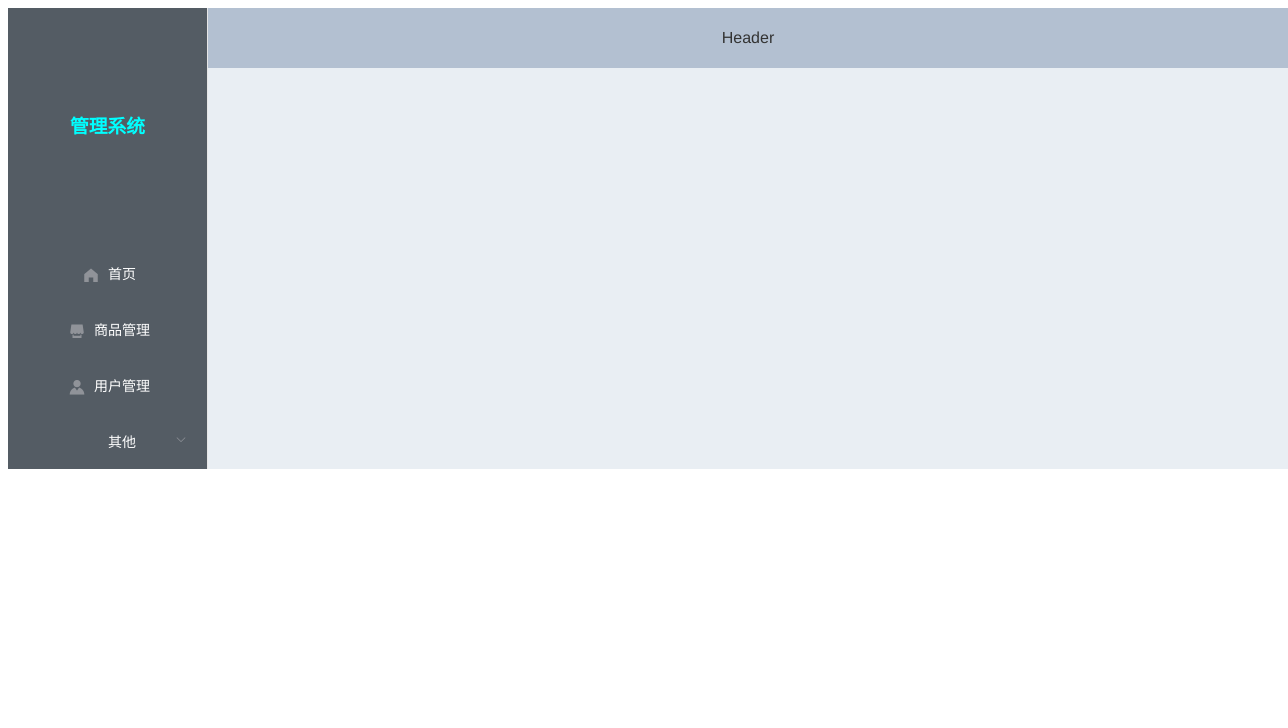
Repository: tkqi/manage
Page: /
An editor plug-in stored every save of this project. The page is shown before and after the next save, followed by the edit.
The browser window is 1280 px wide. The page is 1288 px wide, then 1280 px, so the pictures cover 1288 px, including what lies to the right of the window. The pictures show the whole page.
The project was rebuilt for these pictures with package versions that can differ from the ones it lists, and the page was loaded fresh each time. Also part of the build but not shown: vue.config.js.

Above is the page before, as saved 2023-12-01 14:13:33.

### src/main.js
import Vue from 'vue'
import App from './App.vue'
import router from './router'
import store from './store'
import ElementUI from 'element-ui';
import 'element-ui/lib/theme-chalk/index.css';

Vue.config.productionTip = false
Vue.use(ElementUI);

new Vue({
  router,
  store,
  render: h => h(App)
}).$mount('#app')

### src/App.vue
<template>
  <div id="app">
    <!-- 路由出口 -->
    <router-view/>
  </div>
</template>

<style lang="less">
#app {
  font-family: Avenir, Helvetica, Arial, sans-serif;
  -webkit-font-smoothing: antialiased;
  -moz-osx-font-smoothing: grayscale;
  text-align: center;
  color: #2c3e50;
  height: 100%;
}

nav {
  padding: 30px;

  a {
    font-weight: bold;
    color: #2c3e50;

    &.router-link-exact-active {
      color: #42b983;
    }
  }
}

html,
body {
  width: 100%;
  height: 100%;
}

</style>

### src/router/index.js
import Vue from 'vue'
import VueRouter from 'vue-router'
import routes from './routes'
Vue.use(VueRouter)


const router = new VueRouter({
  routes: routes
})

// 暴露router实例
export default router

### src/router/routes.js
export default [
    // 主路由
    {
        path: '/',
        component: () => import('../views/Main.vue'),
        // 子路由
        children: [
            {
                path: '/home',
                // 路由组件懒加载
                component: () => import('../views/Home.vue')
            },
            {
                path: '/user',
                component: () => import('../views/User.vue')
            }
        ]
    },
    {
        path: '/home',
        // 路由组件懒加载
        component: () => import('../views/Home.vue')
    },
    {
        path: '/user',
        component: () => import('../views/User.vue')
    }
]

### src/views/Main.vue
<!-- eslint-disable vue/multi-word-component-names -->
<template>
    <div>
        <el-container >
            <el-aside width="200px"><sidebar/></el-aside>
            <el-container>
                <el-header>Header</el-header>
                <el-main><router-view /></el-main>
            </el-container>
        </el-container>

    </div>
</template>

<script>
import sidebar from '../components/sidebar.vue'
export default {
    components:{
        sidebar
    }
}
</script>

<style lang="less">
.el-header,
.el-footer {
    background-color: #B3C0D1;
    color: #333;
    text-align: center;
    line-height: 60px;
}

.el-aside {
    background-color: #D3DCE6;
    color: #333;
    text-align: center;
    line-height: 200px;
}

.el-main {
    background-color: #E9EEF3;
    color: #333;
    text-align: center;
    line-height: 160px;
}
</style>

### src/components/sidebar.vue
<!-- eslint-disable vue/multi-word-component-names -->
<template>
    <el-menu default-active="1-4-1" class="menu" @open="handleOpen" @close="handleClose" :collapse="isCollapse"
        background-color="#545c64" text-color="#fff" active-text-color="#ffd04b"    >
        <h3>管理系统</h3>
        <el-menu-item v-for="item in noChildren" :key="item.name" index="item.name">
            <i :class="`el-icon-${item.icon}`"></i>
            <span slot="title">{{ item.label }}</span>
        </el-menu-item>
        <el-submenu v-for="item in hasChildren" :key="item.label" index="item.label">
            <template slot="title">
                <i :class="`el-icon-${item.icon}`"></i>
                <span slot="title">{{ item.label }}</span>
            </template>
            <el-menu-item-group v-for="subitem in item.children" :key="subitem.name">
                <el-menu-item index="subitem.name">{{ subitem.label }}</el-menu-item>
            </el-menu-item-group>
        </el-submenu>
    </el-menu>
</template>


<style>
.el-menu-vertical-demo:not(.el-menu--collapse) {
    width: 200px;
    min-height: 400px;
}

.menu{
    height: 100vh;
    h3{
        color: aqua;
    }
}
</style>

<script>
export default {
    computed: {
        // 无子菜单
        noChildren() {
            return this.menuData.filter(o => !o.children);
        },
        // 有子菜单
        hasChildren() {
            return this.menuData.filter(o => o.children);
        }
    },
    data() {
        return {
            isCollapse: false,
            menuData: [
                {
                    path: '/',
                    name: 'home',
                    label: "首页",
                    icon: 's-home',
                    url: 'Home/Home'
                },
                {
                    path: '/mall',
                    name: 'mall',
                    label: "商品管理",
                    icon: 's-shop',
                    url: 'MallManage/MallManage'
                },
                {
                    path: '/user',
                    name: 'user',
                    label: "用户管理",
                    icon: 's-custom',
                    url: 'UserManage/UserManage'
                },
                {
                    label: '其他',
                    icon: 's-other',
                    children: [
                        {
                            path: '/page1',
                            name: 'page1',
                            label: "页面1",
                            icon: 's-claim',
                            url: 'Other/PageOne'
                        },
                        {
                            path: '/page2',
                            name: 'page2',
                            label: "页面2",
                            icon: 's-claim',
                            url: 'Other/PageTwo'
                        },
                    ]
                }
            ]
        };
    },
    methods: {
        handleOpen(key, keyPath) {
            console.log(key, keyPath);
        },
        handleClose(key, keyPath) {
            console.log(key, keyPath);
        }
    }
}
</script>

<style lang="less">
.menu {
    width: auto;
    height: 100%;
}
</style>

Loaded but not shown: public/index.html (common file); src/store/index.js (common file)

After the next save:
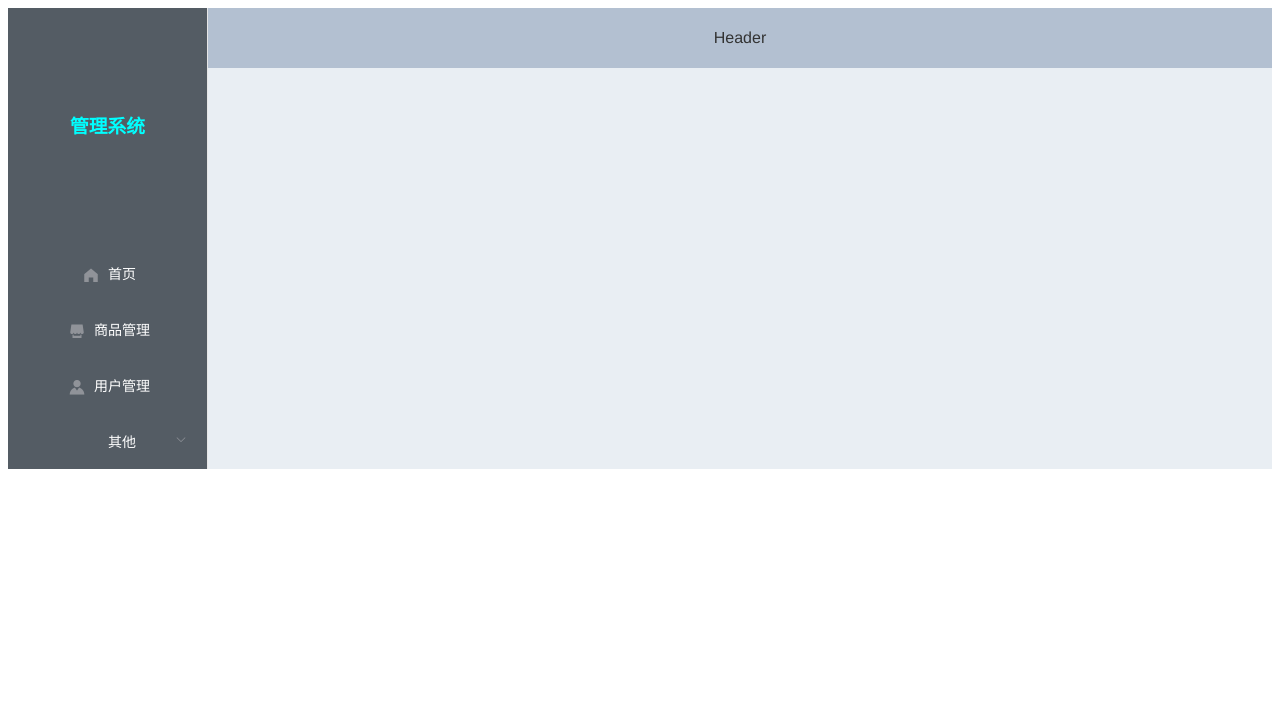
Saved 40 s later.
--- a/src/App.vue
+++ b/src/App.vue
@@ -12,7 +12,7 @@
   -moz-osx-font-smoothing: grayscale;
   text-align: center;
   color: #2c3e50;
-  height: 100%;
+  // height: 100%;
 }
 
 nav {
@@ -28,10 +28,10 @@ nav {
   }
 }
 
-html,
-body {
-  width: 100%;
-  height: 100%;
-}
+// html,
+// body {
+//   width: 100%;
+//   height: 100%;
+// }
 
 </style>
